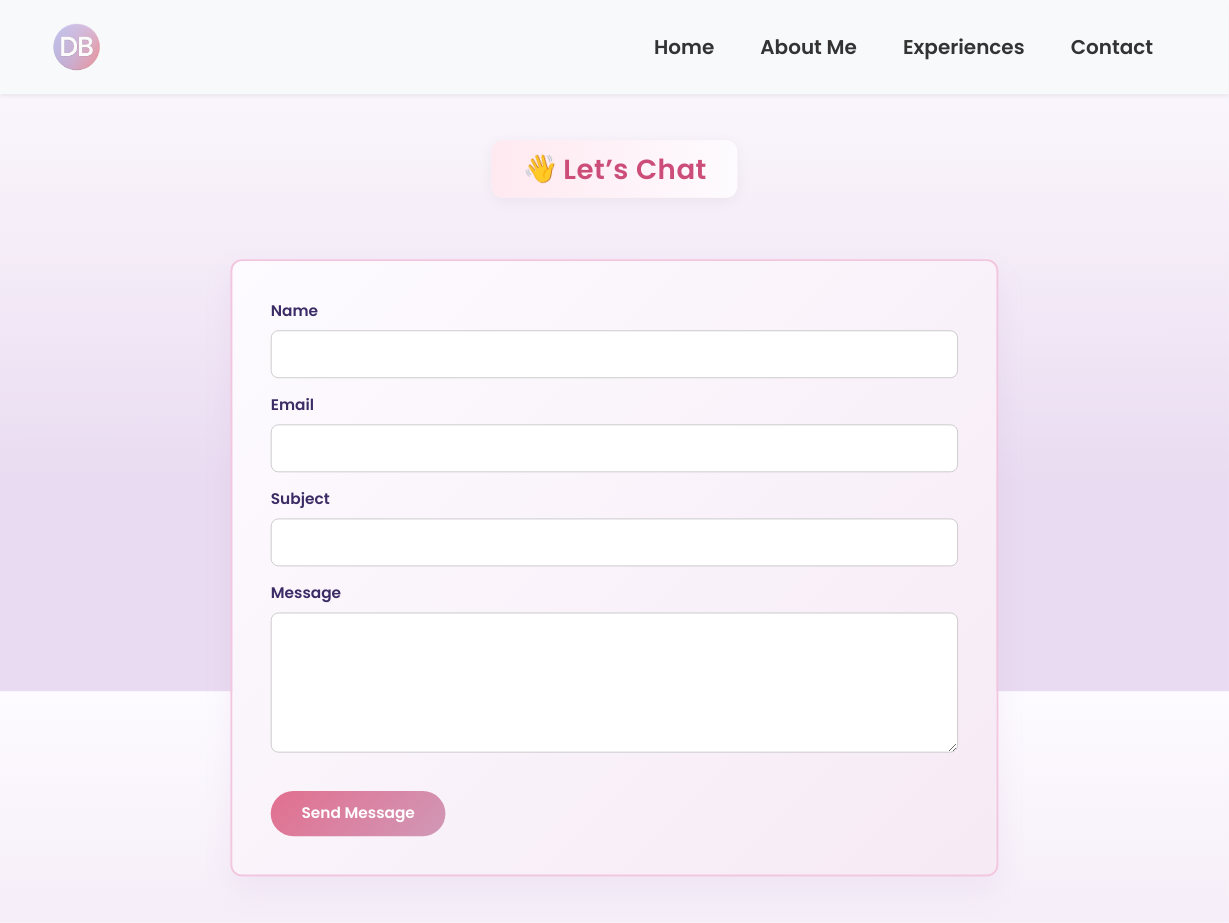
Repository: daizzah/daizzah-portfolio
Page: html/contact.html
These files come from the project's save history. The page is drawn as it stood at one moment and after the next save; the edit follows.
The browser window is 1280 px wide. The pictures show the whole page, at 96% of full size.
Backgrounds fixed to the window are drawn as part of the page.

Above is the page before, as saved 2025-04-02 00:21:23.

After the next save:
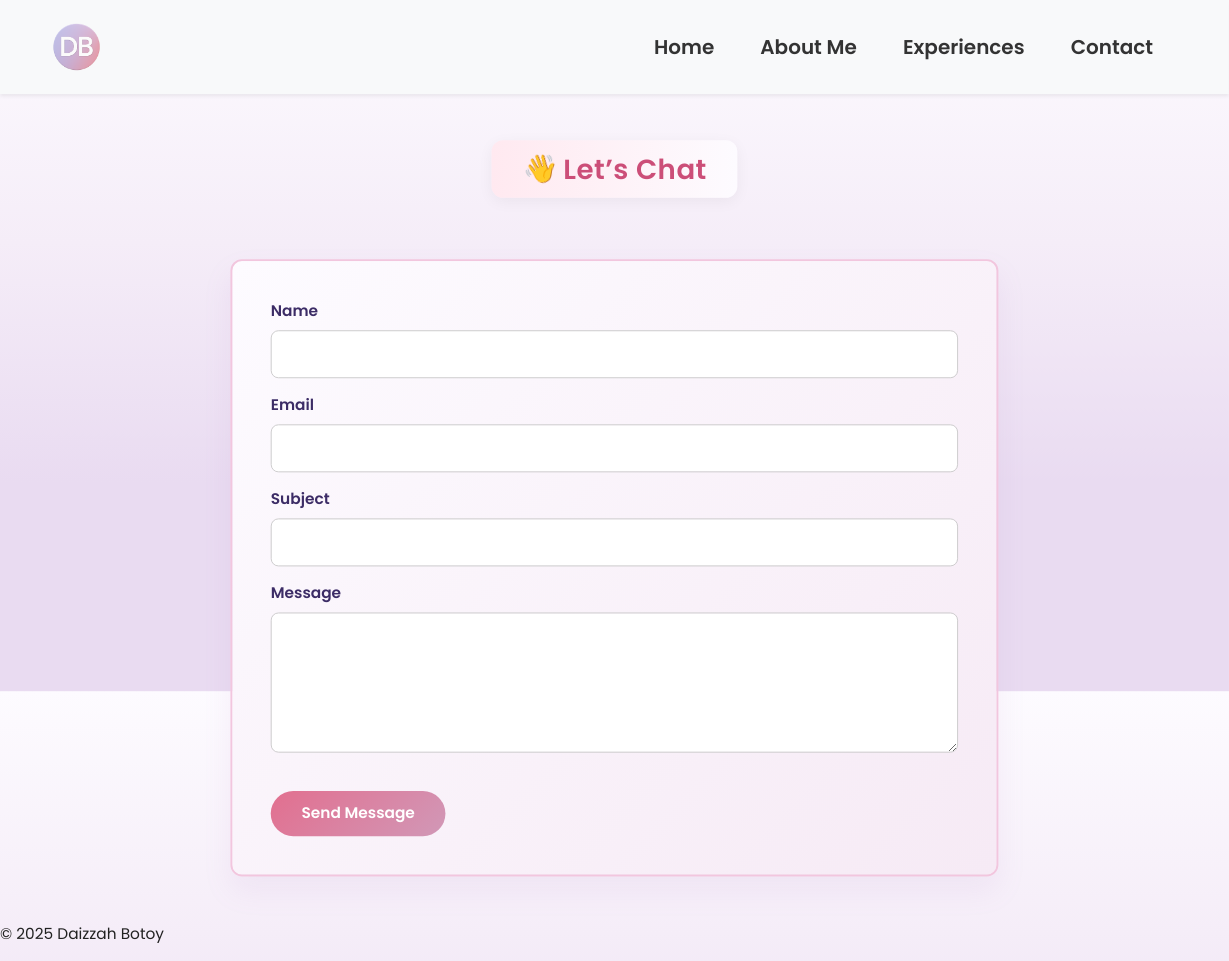
Saved 9 s later.
--- a/html/contact.html
+++ b/html/contact.html
@@ -64,7 +64,9 @@
 
     </div>
   </section>
-
+  <footer class="site-footer">
+    <p>&copy; 2025 Daizzah Botoy</p>
+  </footer>
 </body>
 </html>
 <script>
